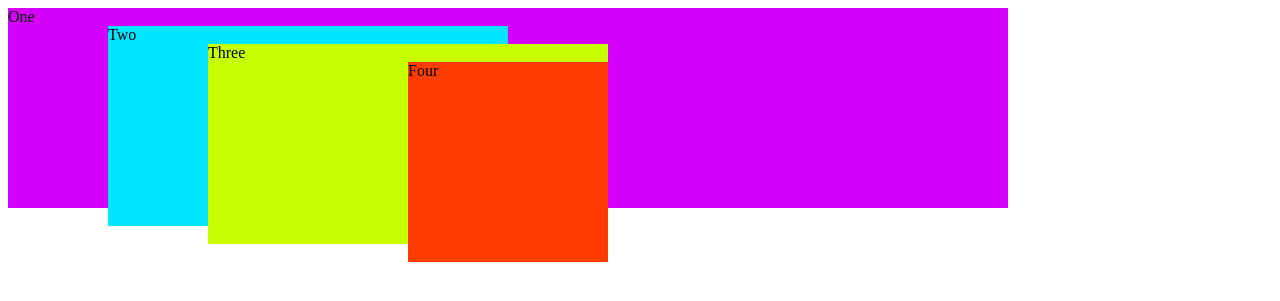
Repository: LavriaNeptune/css-basic
Page: position/z-index.html
The author's editor kept a copy of each file at every save. The page is drawn from the files as they stood at one save, then again after the next save.
The browser window is 1280 px wide. The pictures show the whole page.

Above is the page before, as saved 2022-08-19 20:30:38.

### position/z-index.html
<!DOCTYPE html>
<html>
  <body>
    <style>
      #one {
        width: 1000px;
        height: 200px;
        background-color: #d500f9;
      }
      #two {
        width: 400px;
        height: 200px;
        background-color: #00e5ff;
        position: relative;
        left: 100px;
      }
      #three {
        width: 400px;
        height: 200px;
        background-color: #c6ff00;
        position: relative;
        left: 100px;
      }
      #four {
        width: 200px;
        height: 200px;
        background-color: #ff3d00;
        position: relative;
        left: 200px;
      }
    </style>
  </body>
  <body>
    <div id="one">
      One
      <div id="two">
        Two
        <div id="three">
          Three
          <div id="four">Four</div>
        </div>
      </div>
    </div>
  </body>
</html>

After the next save:
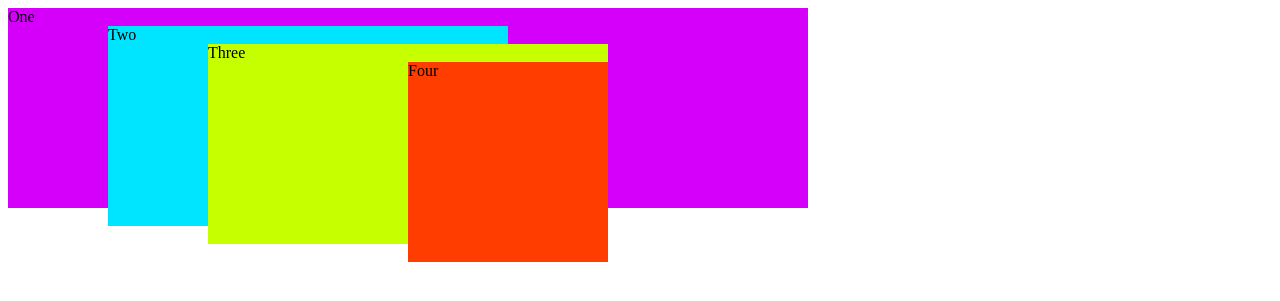
Saved 11 s later.
--- a/position/z-index.html
+++ b/position/z-index.html
@@ -3,7 +3,7 @@
   <body>
     <style>
       #one {
-        width: 1000px;
+        width: 800px;
         height: 200px;
         background-color: #d500f9;
       }
